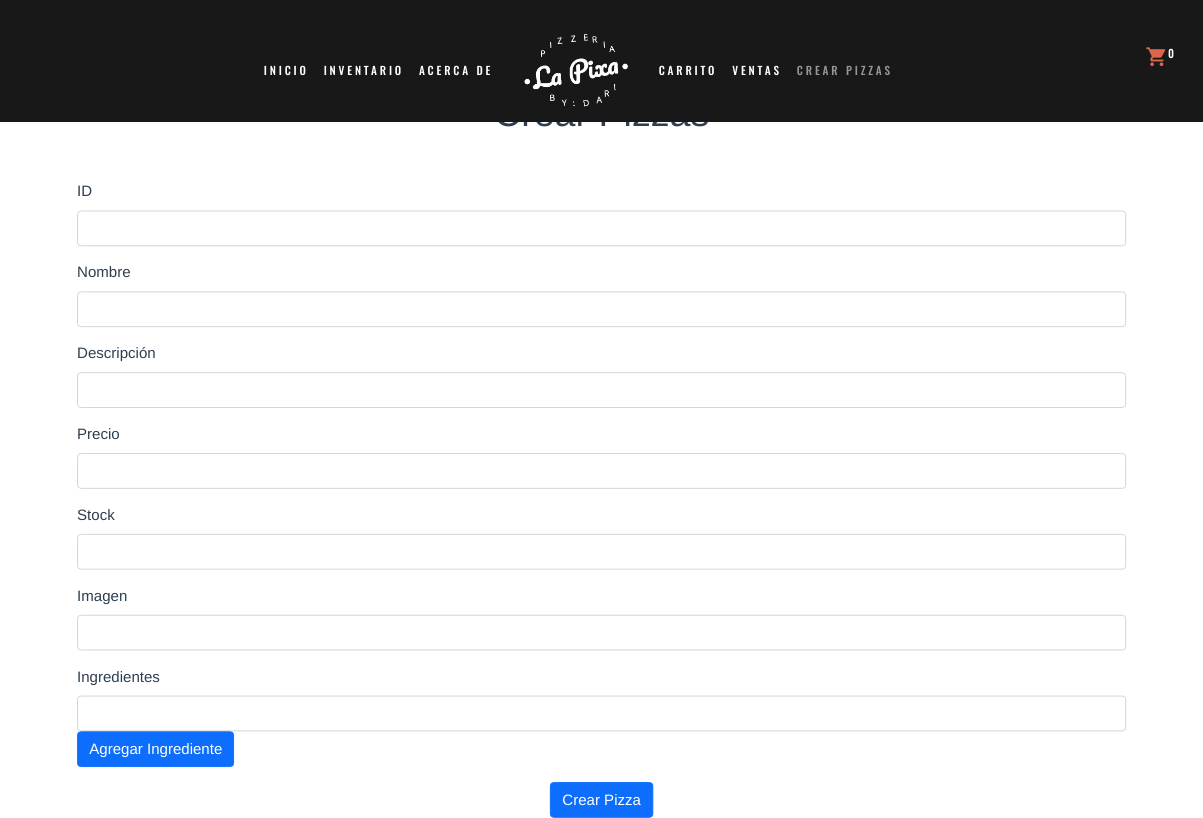
Repository: Darigo30/prueba-vue-dari-pizza
Page: /crearPizzas
The author's editor kept a copy of each file at every save. The page is drawn from the files as they stood at one save, then again after the next save.
The browser window is 1280 px wide. The pictures show the whole page, at 94% of full size.
The project was rebuilt for these pictures with package versions that can differ from the ones it lists, and the page was loaded fresh each time. Also part of the build but not shown: src/views/Home.vue.

Above is the page before, as saved 2021-05-23 22:37:28.

After the next save:
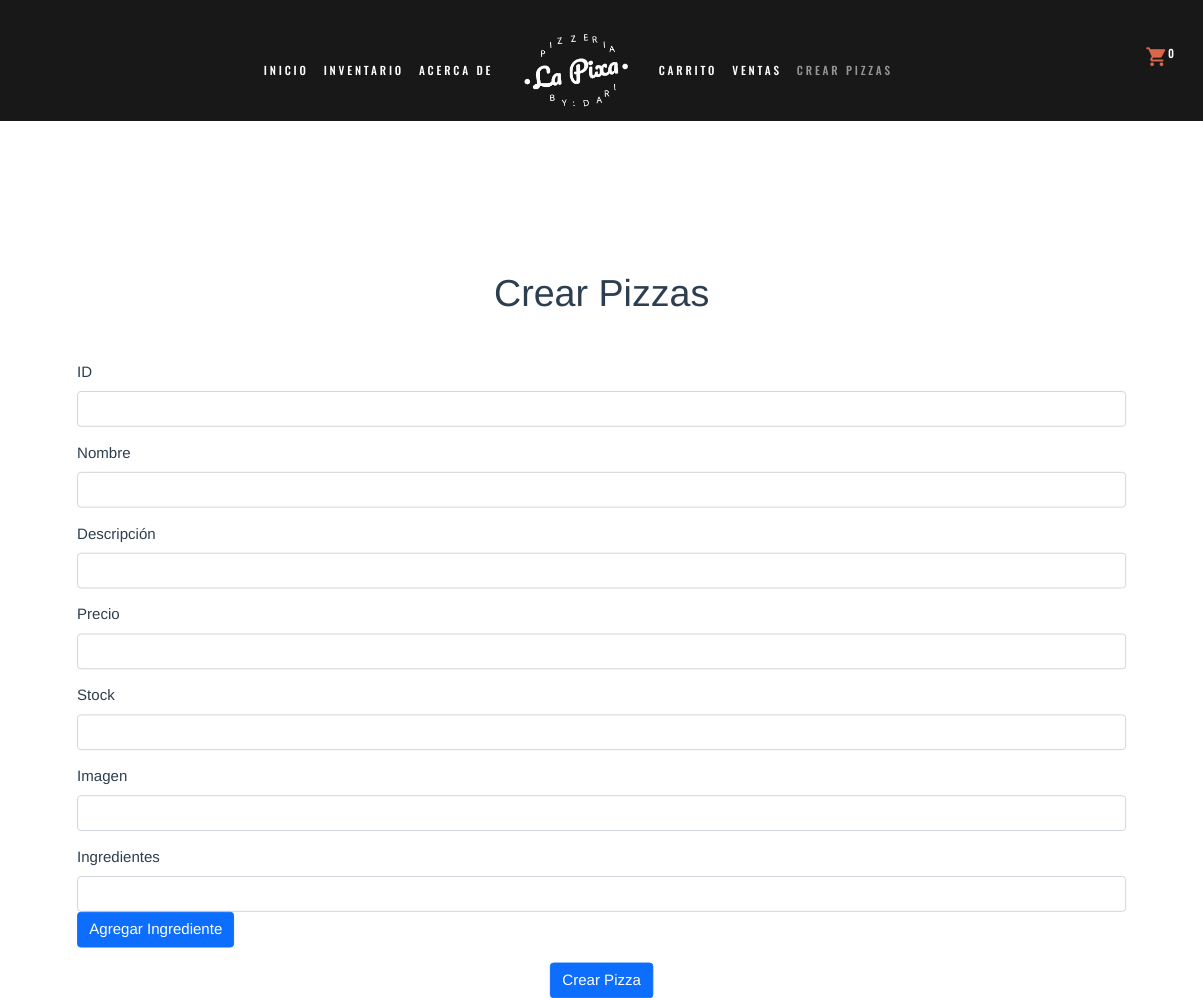
Saved 24 s later.
--- a/src/views/CrearPizzas.vue
+++ b/src/views/CrearPizzas.vue
@@ -79,3 +79,8 @@ export default {
   },
 };
 </script>
+<style scoped>
+    .padd-t{
+        margin-top: 12rem ;
+    }
+</style>
